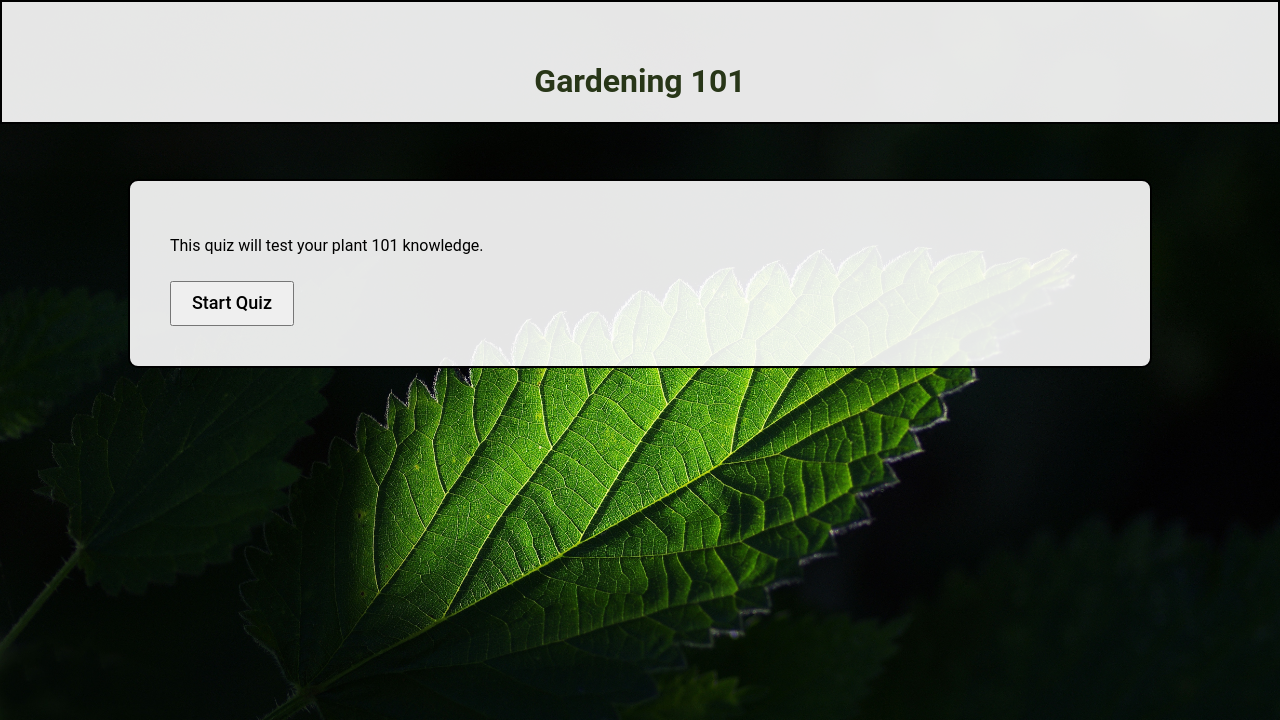
Repository: kaitlynMidori/gardening101
Page: index.html
An editor plug-in stored every save of this project. The page is shown before and after the next save, followed by the edit.
The browser window is 1280 px wide. The pictures show the whole page.

Above is the page before, as saved 2021-06-10 13:41:39.

After the next save:
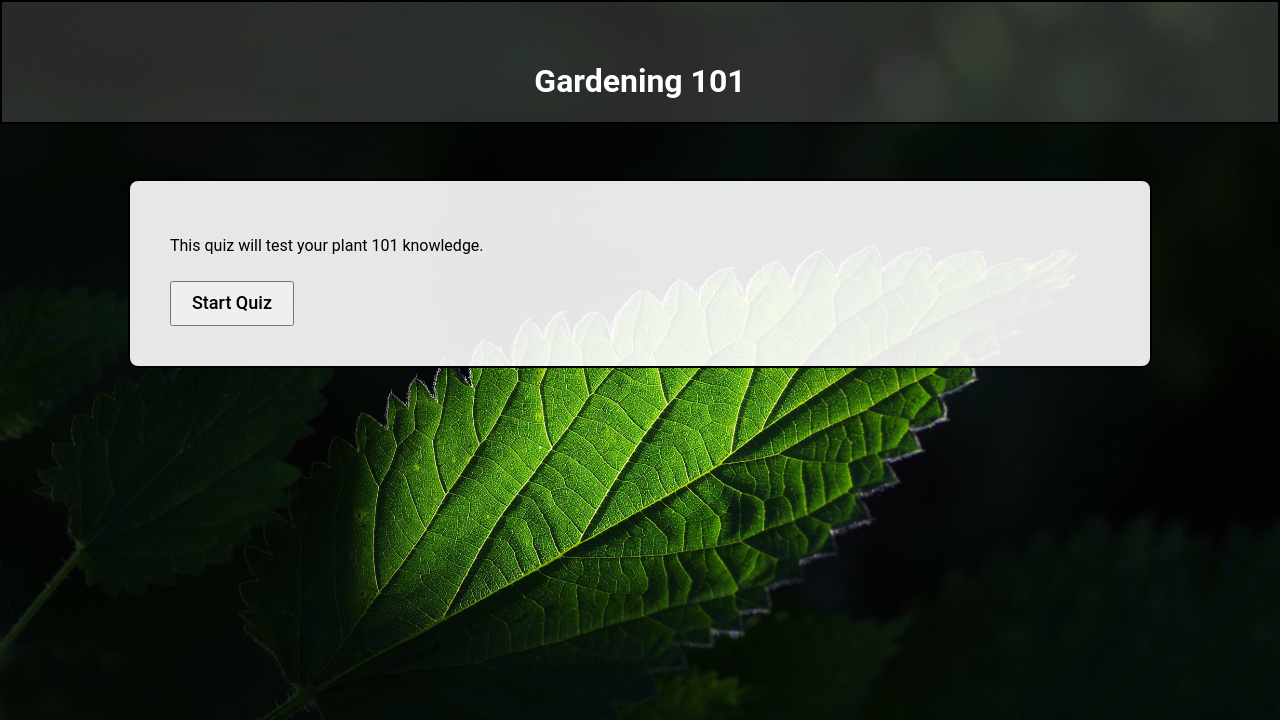
Saved 15 s later.
--- a/app.css
+++ b/app.css
@@ -27,9 +27,9 @@ body {
 
 header {
     border: 2px solid black;
-    background: rgba(255, 255, 255, 0.9);
+    background: rgba(255, 255, 255, 0.15);
     padding: 40px 0 0 0;
-    color: #283618;
+    color: white;
 }
 
 h1 {
